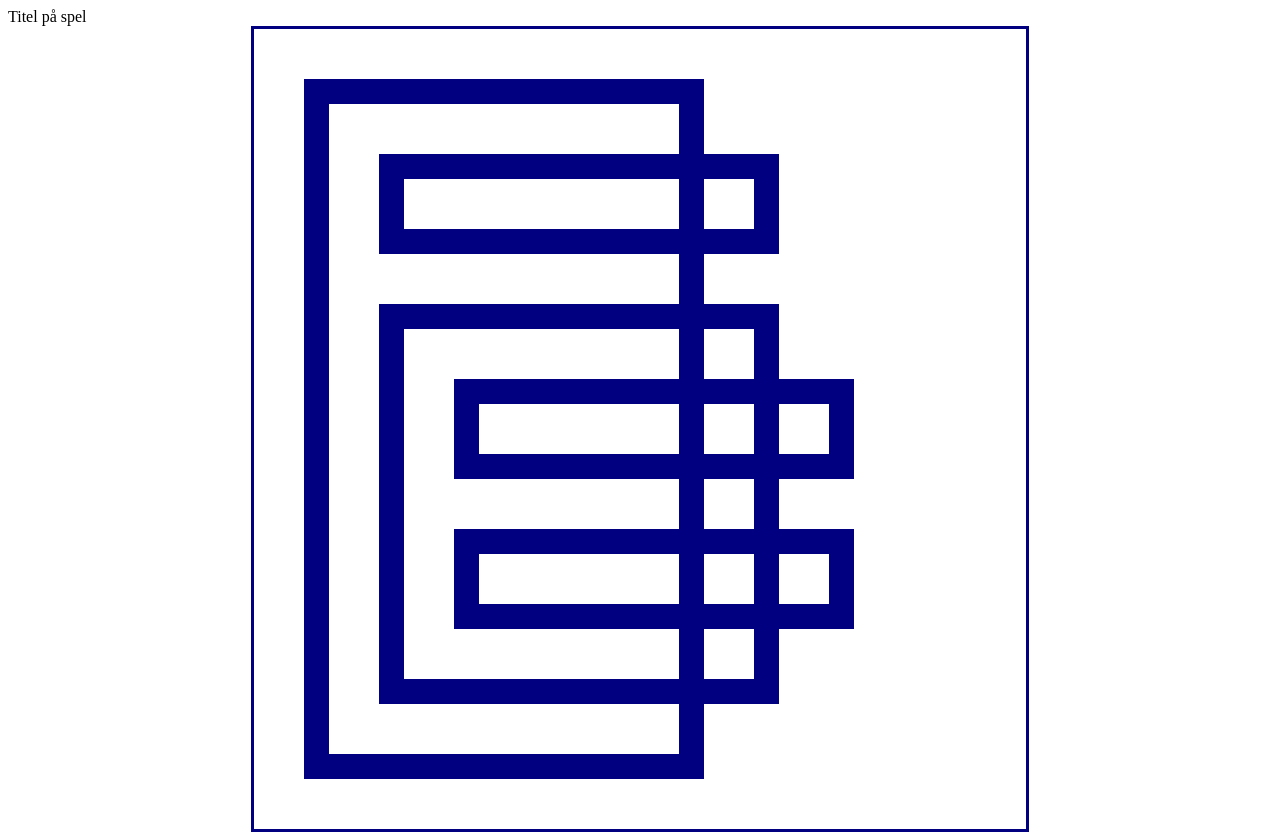
Repository: ed222gg/project2
Page: pages/start.html
The author's editor kept a record of every edit. The page is drawn from the files as they stood at one moment, then again after the next edit.
The browser window is 1280 px wide. The pictures show the whole page.

Above is the page before.
Console error: TypeError: Cannot read properties of null (reading 'addEventListener')

### pages/start.html
<!DOCTYPE html>
<html>

<head>
    <meta charset="utf-8" />
    <title>Index</title>
    <link rel="stylesheet" type="text/css" href="../css/style.css" />
</head>

<body>
    <header>Titel på spel</header>
    <main>
       <!-- <div id="container">
            <div id="help">?</div>
            <div id="CategoryTitle"><p>Kategori</div>
            <div id="categories">


                    <ul class="classmenu"><nav>
                        <div id="li0"><li class="anim"> <a href="#" class="button lightbg-blue clearfix">Djur och natur</li></div>
                        <div id="li1"><li class="anim"><a href="#" id="01">Geografi</a></li></div>
                        <div id="li2"><li class="anim"><a href="#" id="01">Musik</a></li></div>
                        <div id="li3"><li class="anim"><a href="#" id="01">Kändisar</a></li></div>
                        <div id="li4"><li class="anim"><a href="#" id="01">Arkitektur</a></li></div>

                    </ul>
               </nav>
             -->


            </div>
        </div>
        <!-- <template id="tamplate"> -->
        <div id="gameLayout">
            <div id="topLayout"></div>
            <div id="bottomLayout">
                <div id="bottomLeft"></div>
            <div id="bottomRight"></div>
        </div>
        </div>
        <!-- </template> -->

    </main>
    <script src="../script/Game.js" type="text/javascript"></script>
</body>

</html>

<!-- main funktionen
   var template = document.querySelector('#template');
   var gameLayout = template.content.querySelector('#gameLayout').cloneNode(true);

   // om du vill hämta element i main funktionen
   gameLayout.questionP = gameLayout.querySelector('#question');
   gameLayout.questionP.innerHTML ='vem van vm 2011';

   // lägger ut allt
   container.appendChild(gameLayout);
   <--

### css/style.css
body{
    background:#fff;
}

main{
    /* float: right; */
  overflow: auto;
  margin: auto;
  width: 722px;
  padding: 25px;
  border: 3px solid navy;
  background-color:#ffffff;
}
header{}
input{

    margin: 20px;}

#template{ }
#gameLayout{
    float:left;
    width: 300px;
    padding: 25px;
    border: 25px solid navy;
    margin: 25px;}
#topLayout{
      float:left;
      width: 300px;
    padding: 25px;
    border: 25px solid navy;
    margin: 25px;}
#bottomLayout{   float:left;width: 300px;
    padding: 25px;
    border: 25px solid navy;
    margin: 25px;}
#bottomLeft{  float:left; width: 300px;
    padding: 25px;
    border: 25px solid navy;
    margin: 25px;}
#bottomRight{   float:left;width: 300px;
    padding: 25px;
    border: 25px solid navy;
    margin: 25px;}



#categories{  float:left;
    margin: 0px;
    padding: 0px;
    list-style-type: none;
}


#container{    overflow: auto;
  /* float: left; */
  width: 567px;
  padding: -29px;
 /* border: 8px solid navy;*/
  margin: auto;
}


#CategoryTitle{


}


 ul{


 }
 li{  /* width: 51px; */

  /* font-family: serif; */
  list-style-type: none;
  /* width: 200px; */

 }

/*li:hover {*/
/*  cursor:pointer;*/

/* }*/

/*#li0{*/
/*background-color:#5F8FCB;*/
/*border-bottom-style: solid;  */

/*}*/
/*#li1{*/
/*background-color:#BF3626;*/
/*border-bottom-style: solid;    */
/*}*/

/*#li2{*/
/*background-color:#94B03C;*/
/*border-bottom-style: solid;    */
/*}*/

/*#li3{*/
/*background-color:#E87228;*/
/*border-bottom-style: solid;    */
/*}*/
/*#li4{*/
/*background-color:#9653C1;*/
/*  border-bottom-left-radius: 18px;*/
/*  border-bottom-right-radius:18px;*/

/*}*/

/*a{*/


/*}*/


/*#CategoryTitle*/
/*{background-color:#D5D844}*/

### script/Game.js
"use strict"; //objekt.metod/egenskap(argument)

var Game= {




    correct: 0,
    questionsArray: [],

     gameOn: {
        animal: {
            question: 'Vem väger mest?',

            answer: [ {
                bild1: 'frg',
                bild2: 'dfg',
                r: ''
            },
            {   bild1: '',
                bild2: '',
                r: ''

            },
            {   bild1: '',
                bild2: '',
                r: ''
            },
            {   bild1: '',
                bild2: '',
                r: ''

            },
            {   bild1: '',
                bild2: '',
                r: ''

            },
            {   bild1: '',
                bild2: '',
                r: ''

            }]
        },

        geo:{
            question: 'Vad ligger mest söder ut?',

            answer: [ {
                bild1: '',
                bild2: '',
                r: ''
            },
            {   bild1: '',
                bild2: '',
                r: ''

            },
            {   bild1: '',
                bild2: '',
                r: ''
            },
            {   bild1: '',
                bild2: '',
                r: ''

            },
            {   bild1: '',
                bild2: '',
                r: ''

            },
            {   bild1: '',
                bild2: '',
                r: ''

            }]
        },

        music:{
            question: 'Vilken artist/grupp bildades först?',

            answer: [ {
                bild1: '',
                bild2: '',
                r: ''
            },
            {   bild1: '',
                bild2: '',
                r: ''

            },
            {   bild1: '',
                bild2: '',
                r: ''
            },
            {   bild1: '',
                bild2: '',
                r: ''

            },
            {   bild1: '',
                bild2: '',
                r: ''

            },
            {   bild1: '',
                bild2: '',
                r: ''

            }]
        },

         celeb:{
            question: 'Vem är äldst?',

            answer: [ {
                bild1: '',
                bild2: '',
                r: ''
            },
            {   bild1: '',
                bild2: '',
                r: ''

            },
            {   bild1: '',
                bild2: '',
                r: ''
            },
            {   bild1: '',
                bild2: '',
                r: ''

            },
            {   bild1: '',
                bild2: '',
                r: ''

            },
            {   bild1: '',
                bild2: '',
                r: ''

            }]
        },
              architecture:{
            question: 'Vem är äldst?',

            answer: [ {
                bild1: '',
                bild2: '',
                r: ''
            },
            {   bild1: '',
                bild2: '',
                r: ''

            },
            {   bild1: '',
                bild2: '',
                r: ''
            },
            {   bild1: '',
                bild2: '',
                r: ''

            },
            {   bild1: '',
                bild2: '',
                r: ''

            },
            {   bild1: '',
                bild2: '',
                r: ''

            }]
        },
     },


    init: function() {

      var animalBtn = document.getElementById("li0");
      animalBtn.addEventListener("click", function() {
          	document.getElementById("categories").innerHTML = "";
          	document.getElementById("CategoryTitle").innerHTML = "Vem väger mest?";
          	Game.ran('animal');

      });

      var geoBtn = document.getElementById("li1");
       geoBtn.addEventListener("click", function() {
           document.getElementById("categories").innerHTML = "";
          	document.getElementById("CategoryTitle").innerHTML = "Vad ligger mest söder ut?";
          Game.ran('geo');

      });

      var musicBtn = document.getElementById("li2");
      musicBtn.addEventListener("click", function() {
          document.getElementById("categories").innerHTML = "";
          	document.getElementById("CategoryTitle").innerHTML = "Vilken artist/grupp bildades först?";
          Game.ran('music');

      });

       var celebBtn = document.getElementById("li3");
      celebBtn.addEventListener("click", function() {
           document.getElementById("categories").innerHTML = "";
          	document.getElementById("CategoryTitle").innerHTML = "vem är äldst?";
          Game.ran('celeb');

      });

       var arcBtn = document.getElementById("li4");
      arcBtn.addEventListener("click", function() {
         document.getElementById("categories").innerHTML = "";
          	document.getElementById("CategoryTitle").innerHTML = "Vilken byggnad är högst?";
          Game.ran('architecture');

      });




    },

    ran: function(catName) {
        //Game.gameOn.catName.rubrik // rubriken
        //Game.gameOn.catName.question.length // gör en random funktion med längden av denna
        var random = Math.floor((Math.random() * Game.gameOn[catName].answer.length) +1);


        Game.gameOn[catName].answer[random]; // x = svaret random ger
        console.log(random);



    }

};
//När sidan har laddads in så anropas init.
window.onload = Game.init;


 /* // main funktionen
   var template = document.querySelector('#template');
   var gameLayout = template.content.querySelector('#gameLayout').cloneNode(true);

   // om du vill hämta element i main funktionen
   gameLayout.questionP = gameLayout.querySelector('#question');
   gameLayout.questionP.innerHTML ='vem van vm 2011';

   // lägger ut allt
   container.appendChild(gameLayout);*/

After the next edit:
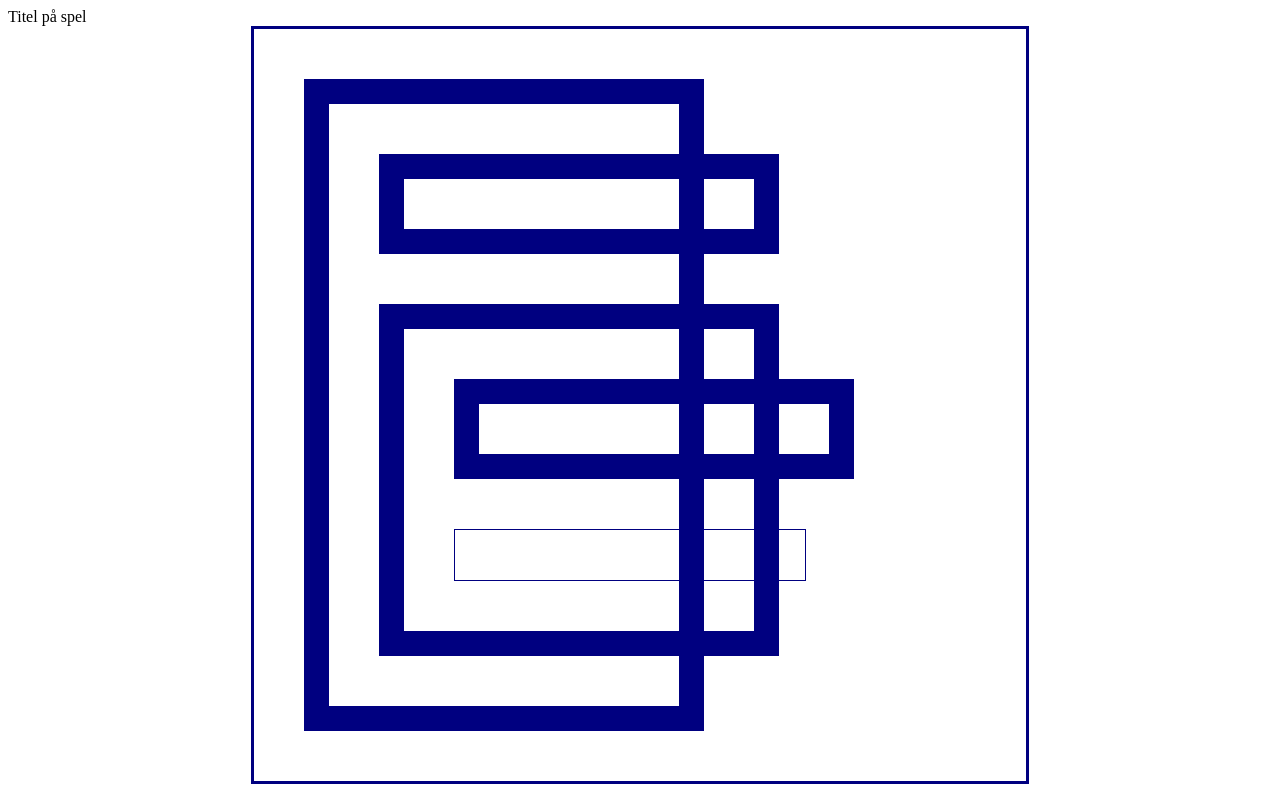
The edit:
--- a/css/style.css
+++ b/css/style.css
@@ -39,7 +39,7 @@
     margin: 25px;}
 #bottomRight{   float:left;width: 300px;
     padding: 25px;
-    border: 25px solid navy;
+    border: 1px solid navy;
     margin: 25px;}
 
 
